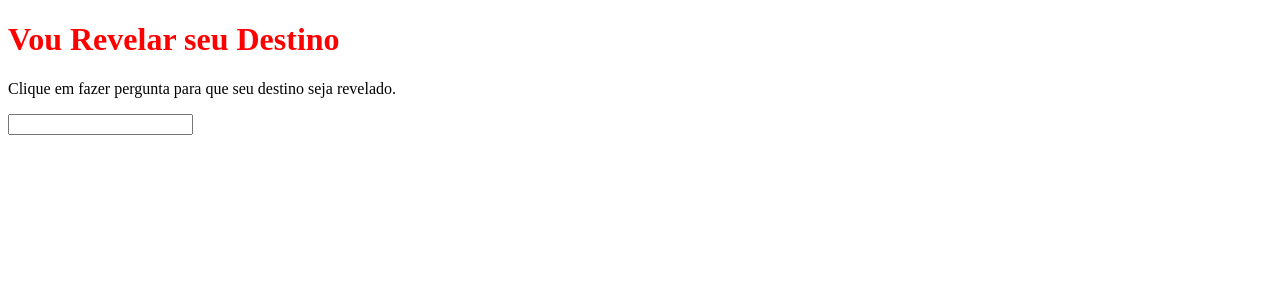
Repository: guilhermecardoso93/nlwexplorer
Page: index.html
An editor plug-in stored every save of this project. The page is shown before and after the next save, followed by the edit.
The browser window is 1280 px wide. The pictures show the whole page.

Above is the page before, as saved 2022-06-06 09:30:07.

After the next save:
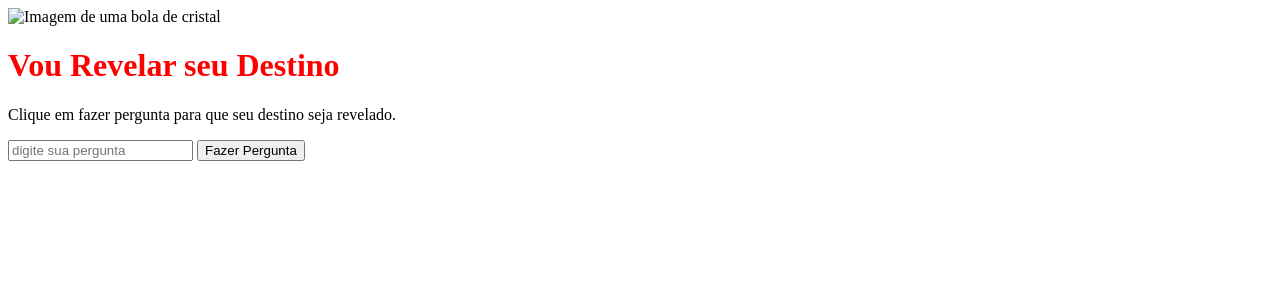
Saved 4 min 33 s later.
--- a/index.html
+++ b/index.html
@@ -9,9 +9,11 @@
   </head>
   <body>
     <main>
+      <img src="" alt="Imagem de uma bola de cristal"/>
       <h1>Vou Revelar seu Destino</h1>
       <p>Clique em fazer pergunta para que seu destino seja revelado.</p>
-      <input type="text" name="" id=""/>
+      <input type="text" placeholder="digite sua pergunta" />
+      <button>Fazer Pergunta</button>
     </main>
   </body>
   <script src="./script.js"></script>
